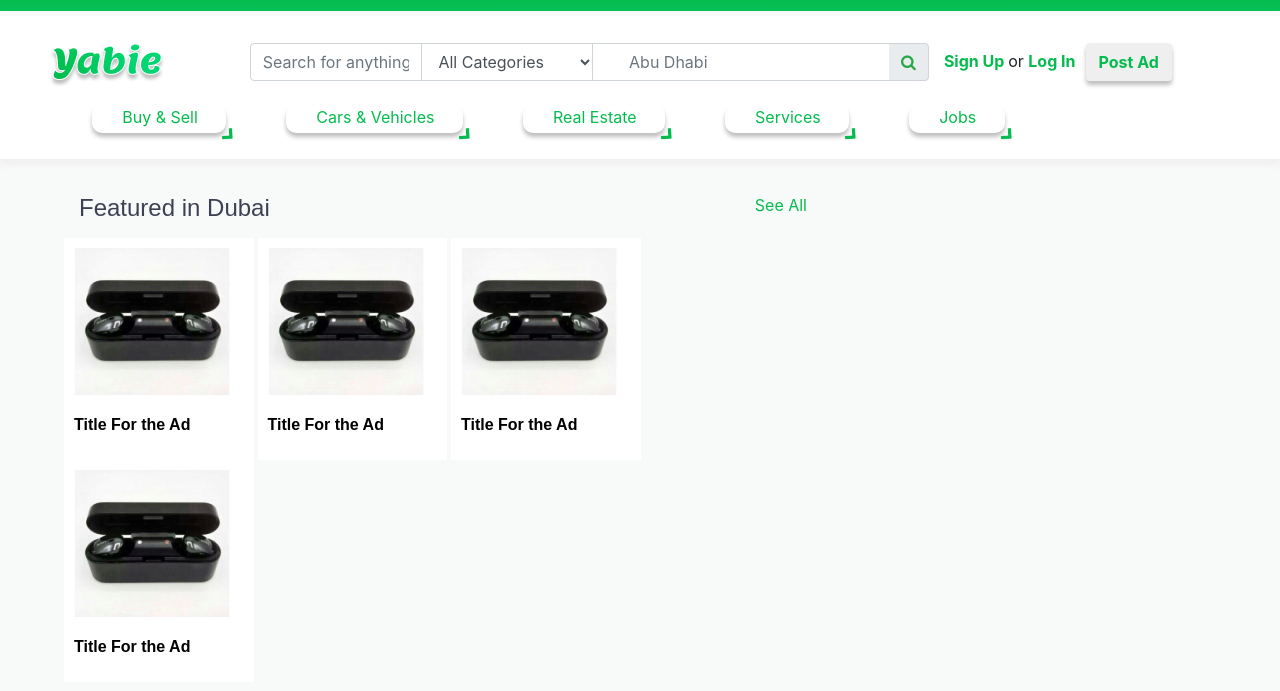
Repository: muazzamkha95/yabie
Page: homepage.html
The author's editor kept a copy of each file at every save. The page is drawn from the files as they stood at one save, then again after a run of saves.
The browser window is 1280 px wide. The pictures show the whole page.

Above is the page before, as saved 2020-07-03 23:55:50.
Console error: TypeError: Cannot read properties of undefined (reading 'fn')

After the next 2 saves:
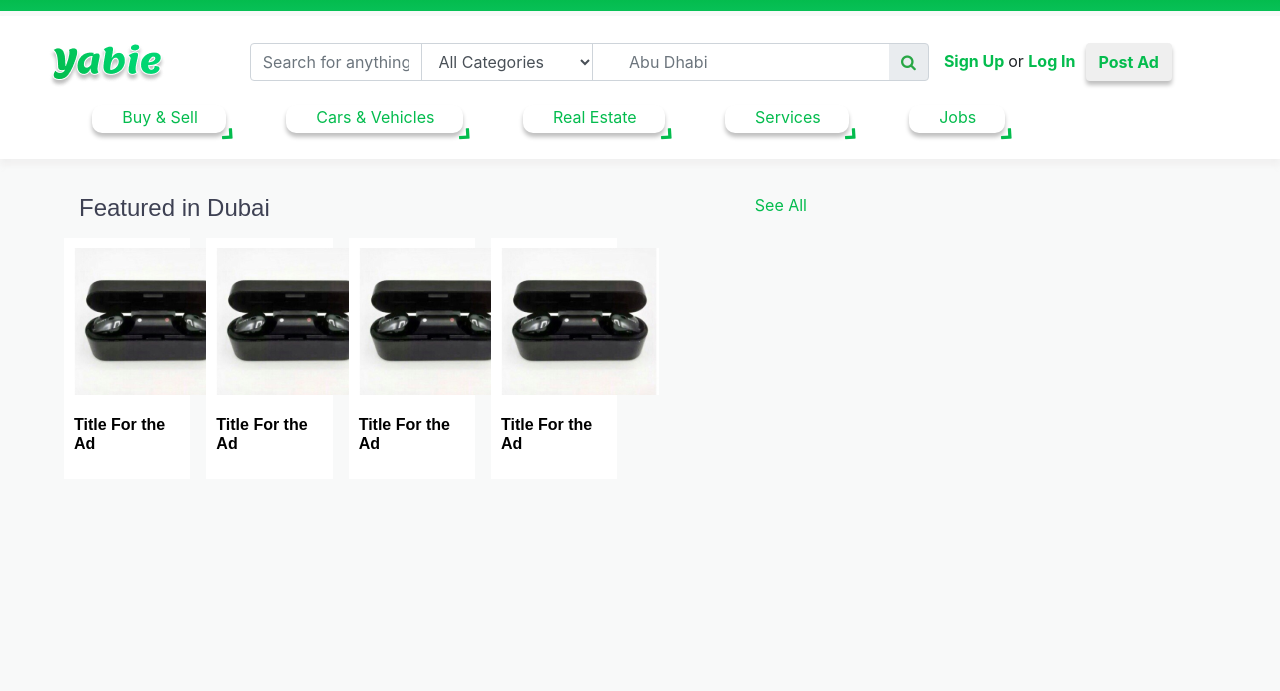
The 2 saves are shown as one change because they came seconds apart.
The last was saved 18 s later.
--- a/homepage.html
+++ b/homepage.html
@@ -75,19 +75,19 @@
                             </div>
                         </div>
                         <div class="row">
-                            <div class="adcard col-md-3 mr-1">
+                            <div class="adcard col-md-2 mr-3">
                                 <img src="images/product.png">
                                 <p class="adTitle">Title For the Ad</p>
                             </div>
-                            <div class="adcard col-md-3 mr-1">
+                            <div class="adcard col-md-2 mr-3">
                                 <img src="images/product.png">
                                 <p class="adTitle">Title For the Ad</p>
                             </div>
-                            <div class="adcard col-md-3 mr-1">
+                            <div class="adcard col-md-2 mr-3">
                                 <img src="images/product.png">
                                 <p class="adTitle">Title For the Ad</p>
                             </div>
-                            <div class="adcard col-md-3 mr-1">
+                            <div class="adcard col-md-2 mr-3">
                                 <img src="images/product.png">
                                 <p class="adTitle">Title For the Ad</p>
                             </div>
